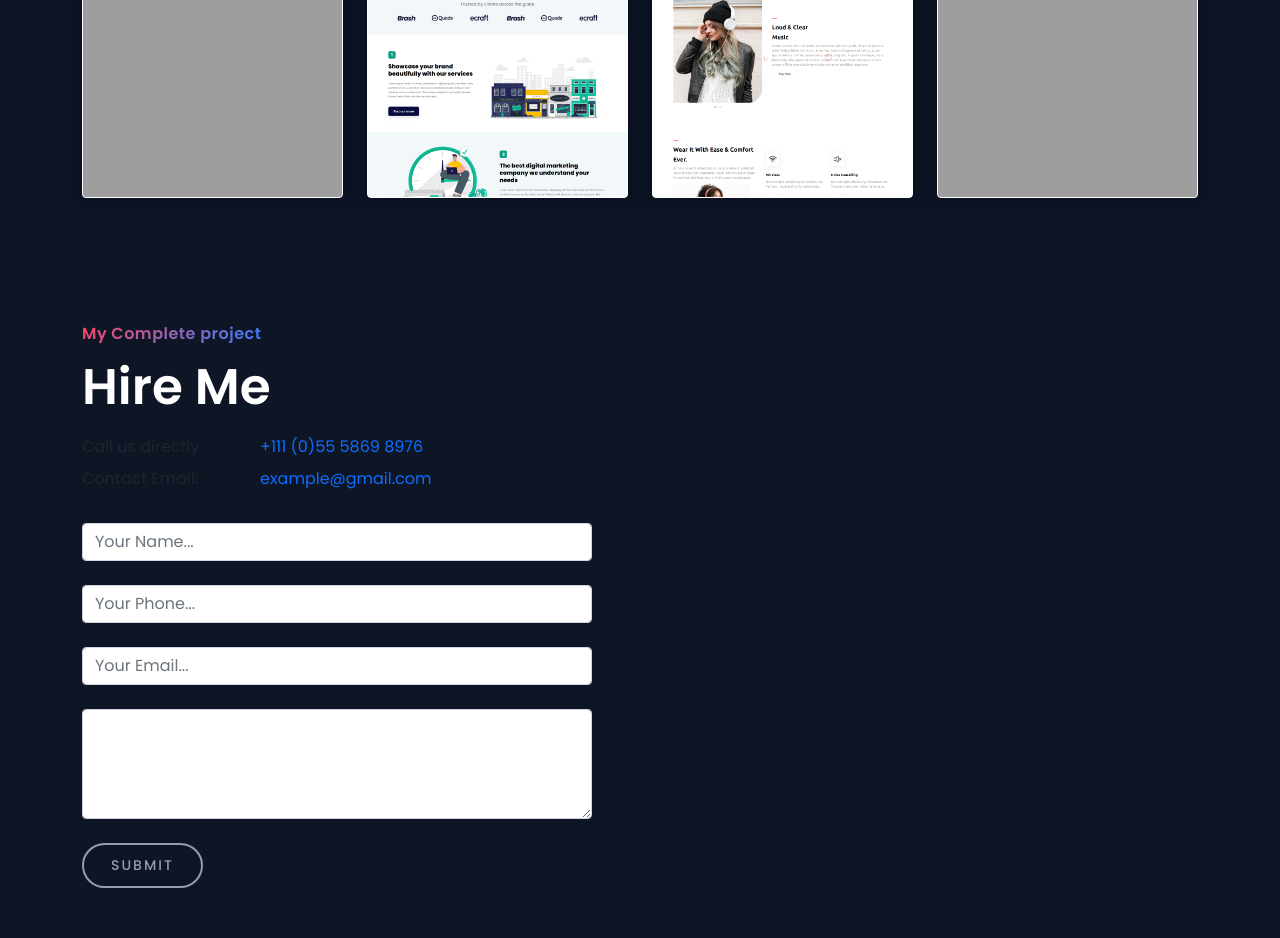
Repository: wadelfadill/Bootstrap_tache_3_responsive_portfolio
Page: index.html
An editor plug-in stored every save of this project. The page is shown before and after the next save, followed by the edit.
The browser window is 1280 px wide. The pictures show the part of the page from y = 3175 to 4127 px (the page is 4113 px tall before and 4127 px after).
Pictures or frames that could not be fetched are drawn as grey boxes. Backgrounds fixed to the window are drawn as part of the page. Some web libraries are served in a nearby version.

Above is the page before, as saved 2023-04-12 15:32:31.

After the next save:
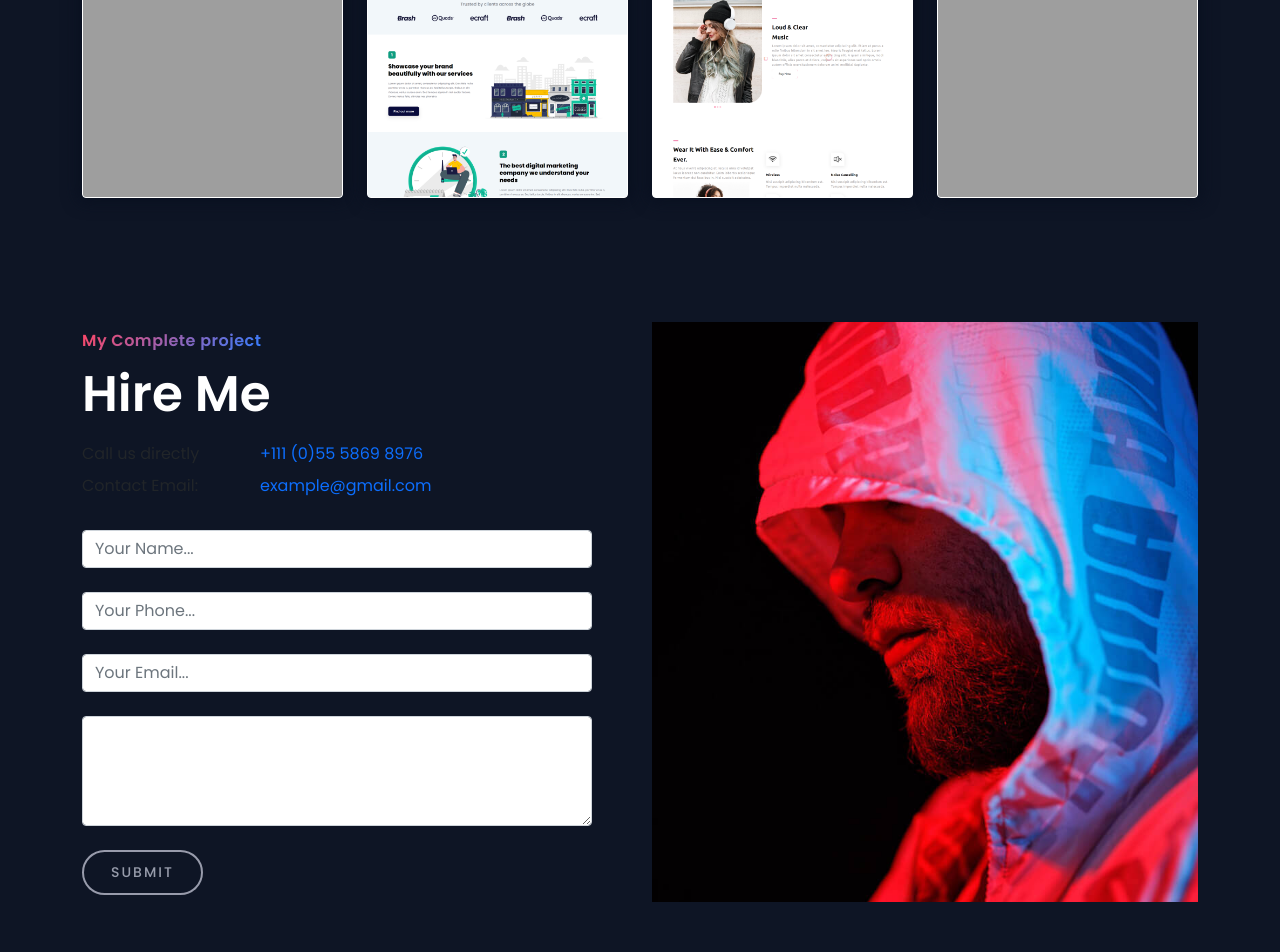
Saved 104 s later.
--- a/index.html
+++ b/index.html
@@ -368,8 +368,10 @@
                     </textarea>
                   </div>
                   <button class="main-btn" type="submit">Submit</button>
-
                 </form>
+              </div>
+              <div class="col-lg-6 order-1 mb-4 order-lg-1 mb-lg-0">
+                <img src="./images/contact.jpg" alt="" class="img-fluid">
               </div>
             </div>
           </div>
